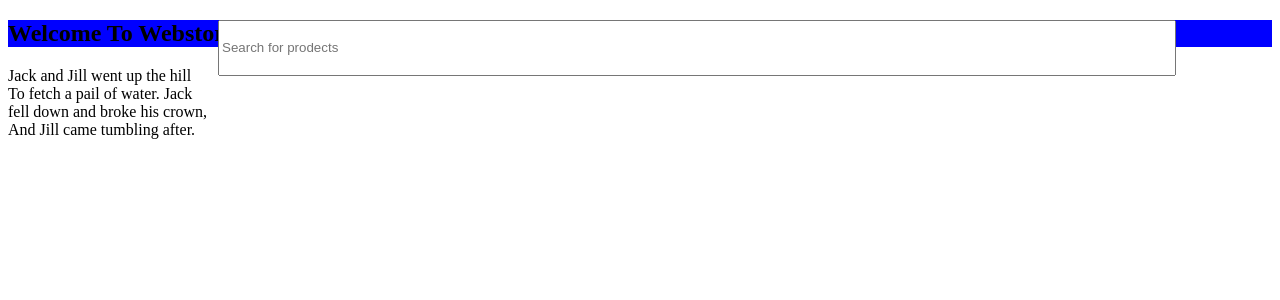
Repository: sourogithub/Final-yr-project-using-j2ee
Page: http://localhost/Webstore/JSP Pages/index.jsp
The author's editor kept a copy of each file at every save. The page is drawn from the files as they stood at one save, then again after the next save.
The browser window is 1280 px wide. The pictures show the whole page.
The page is served by Tomcat 9.

Above is the page before, as saved 2017-04-11 07:28:06.

### Webstore/WebContent/JSP Pages/index.jsp
<%@ page language="java" contentType="text/html; charset=ISO-8859-1"
    pageEncoding="ISO-8859-1"%>
<!DOCTYPE html PUBLIC "-//W3C//DTD HTML 4.01 Transitional//EN" "http://www.w3.org/TR/html4/loose.dtd">
<html>
<head>
<meta http-equiv="Content-Type" content="text/html; charset=ISO-8859-1">
<title>Webstore</title>

</head>
<body>
<div id="top" style="background:blue">
<h2>Welcome To Webstore
<input type="text" placeholder="Search for prodects" required style="position:absolute;right:104px; border-width:2;float: right;width:950px;height:50px"></h2>
</div>
<div id="mydiv" style="width:200px;background:white" onmouseover="this.style.background='gray';" onmouseout="this.style.background='white';">
    Jack and Jill went up the hill
    To fetch a pail of water.
    Jack fell down and broke his crown,
    And Jill came tumbling after.
    </div>
</body>
</html>

After the next save:
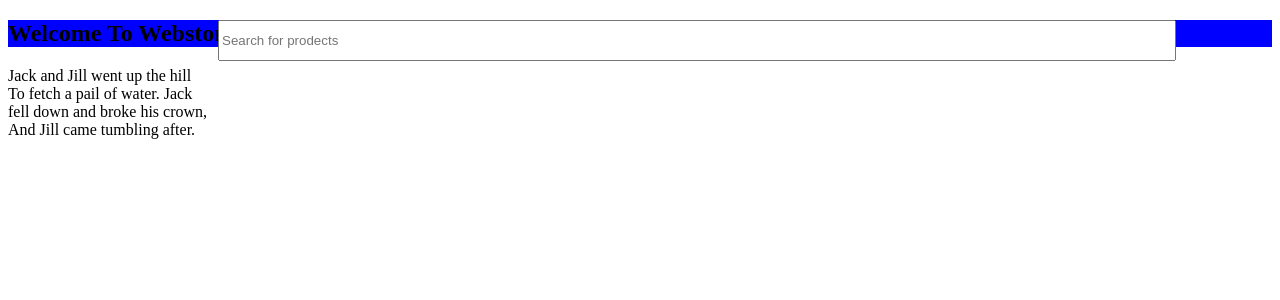
Saved 11 s later.
--- a/Webstore/WebContent/JSP Pages/index.jsp
+++ b/Webstore/WebContent/JSP Pages/index.jsp
@@ -10,7 +10,7 @@
 <body>
 <div id="top" style="background:blue">
 <h2>Welcome To Webstore
-<input type="text" placeholder="Search for prodects" required style="position:absolute;right:104px; border-width:2;float: right;width:950px;height:50px"></h2>
+<input type="text" placeholder="Search for prodects" required style="position:absolute;right:104px; border-width:2;float: right;width:950px;height:35px"></h2>
 </div>
 <div id="mydiv" style="width:200px;background:white" onmouseover="this.style.background='gray';" onmouseout="this.style.background='white';">
     Jack and Jill went up the hill
